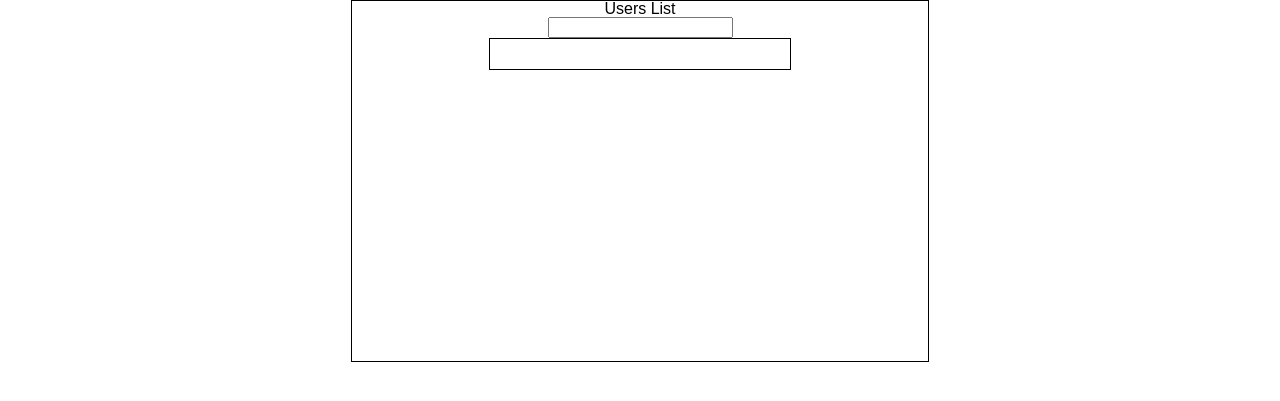
Repository: TomaszBeben/FirstTypescript
Page: /
These files come from the project's save history. The page is drawn as it stood at one moment and after the next save; the edit follows.
The browser window is 1280 px wide. The pictures show the whole page.
The project was rebuilt for these pictures with package versions that can differ from the ones it lists, and the page was loaded fresh each time.

Above is the page before, as saved 2021-12-21 11:47:13.

After the next save:
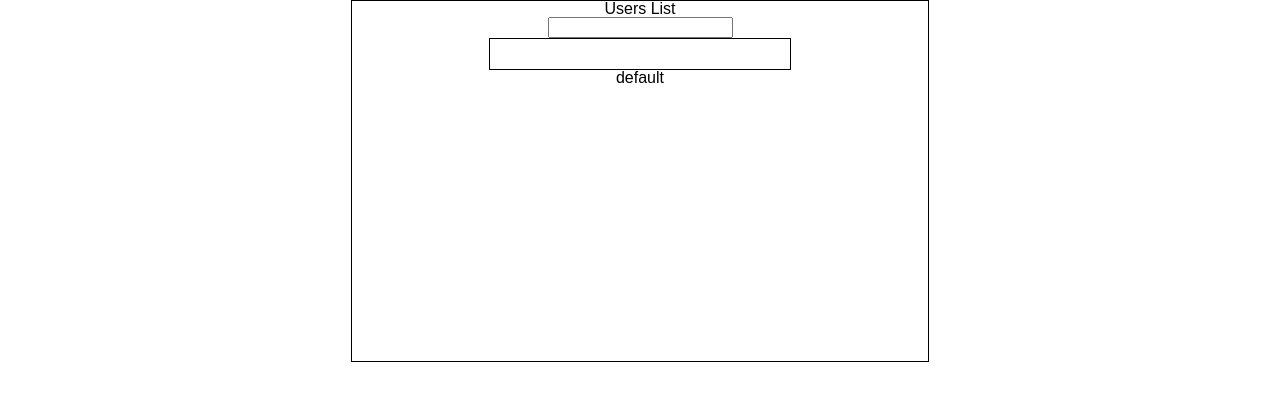
Saved 63 s later.
--- a/src/App.tsx
+++ b/src/App.tsx
@@ -18,6 +18,7 @@ const App = () => {
     <div className='App'>
       <Header/>
       <Search/>
+      {users}
     </div>
   )
 }
